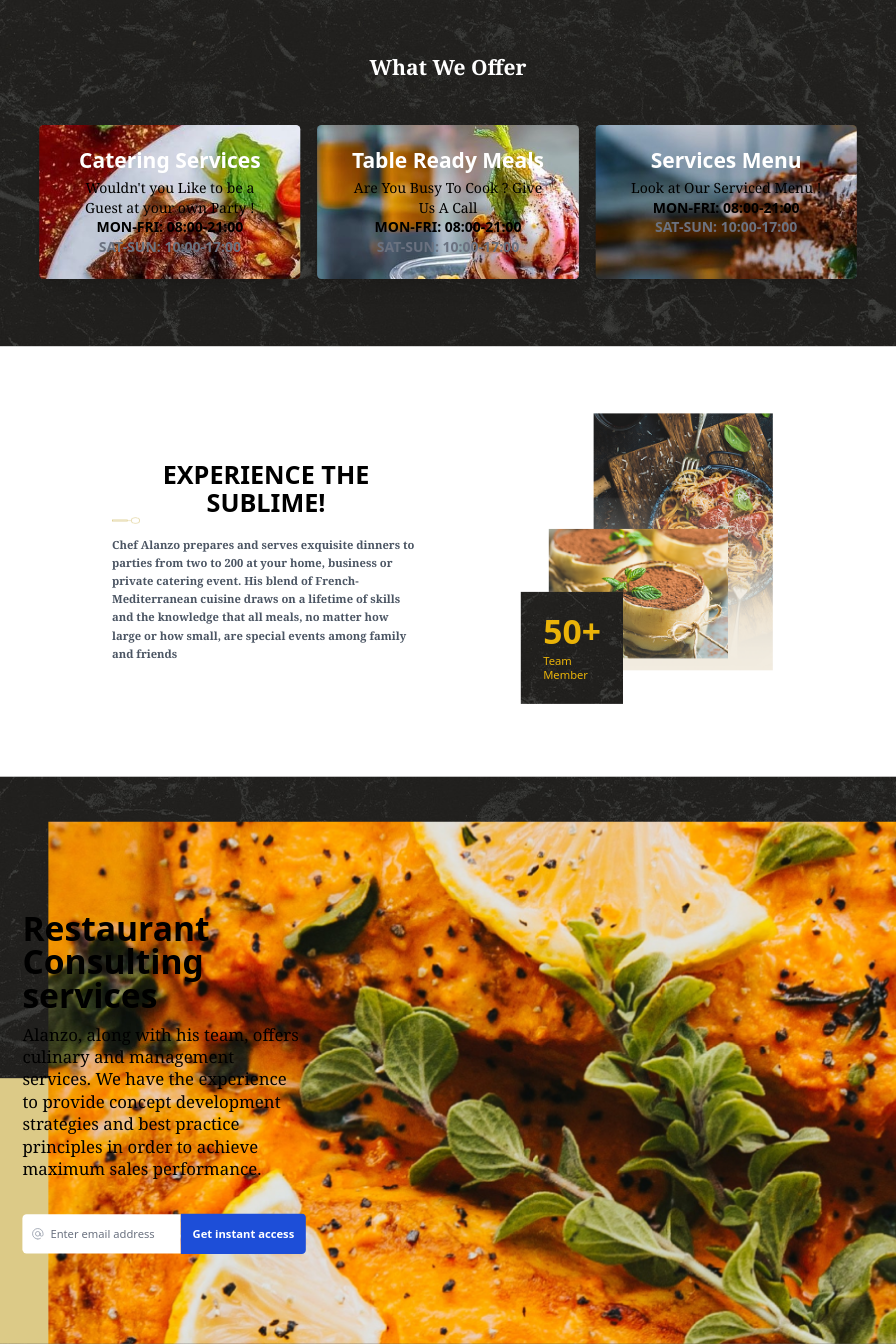
Repository: remydev47/alanzo
Page: /
The author's editor kept a copy of each file at every save. The page is drawn from the files as they stood at one save, then again after the next save.
The browser window is 1280 px wide. The pictures show the part of the page from y = 821 to 2741 px (the page is 2741 px tall), at 70% of full size.
The project was rebuilt for these pictures with package versions that can differ from the ones it lists, and the page was loaded fresh each time. The framework's server and built-in components were replaced by stand-ins that run in the browser. Also part of the build but not shown: next.config.js, components/Catering.tsx, components/Menu.tsx, components/Testimonials.tsx, components/CTA.tsx, components/Footer.tsx.

Above is the page before, as saved 2022-12-17 12:46:55.

After the next save:
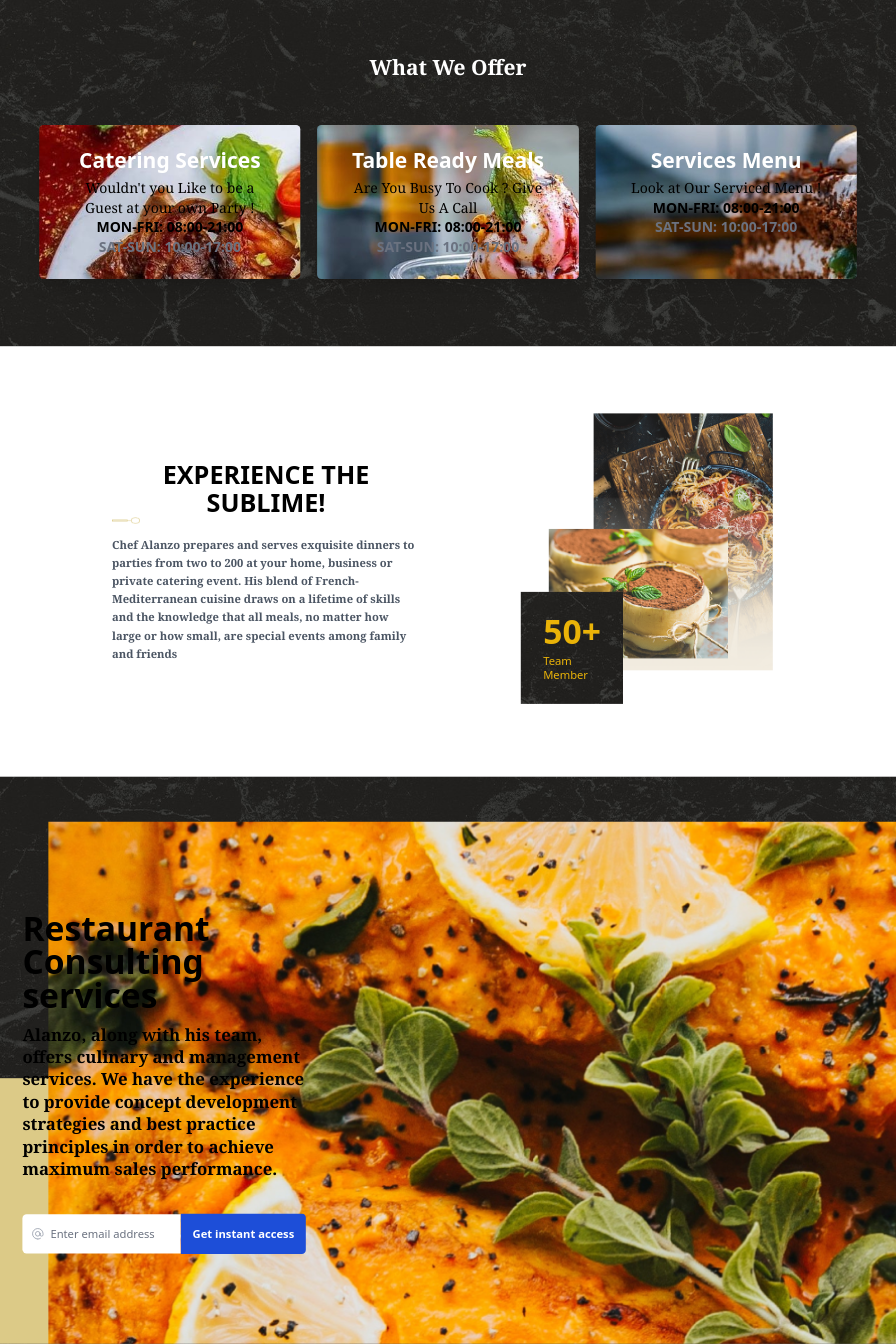
Saved 18 s later.
--- a/components/Consulting.tsx
+++ b/components/Consulting.tsx
@@ -9,7 +9,7 @@ const Consulting = () => {
   <div className="relative px-4 mx-auto sm:px-6 lg:px-8 max-w-7xl">
      <div className="text-center md:w-2/3 lg:w-1/2 xl:w-1/3 md:text-left">
          <h2 className="text-3xl font-bold leading-tight text-black sm:text-4xl lg:text-5xl">Restaurant Consulting services</h2>
-         <p className="mt-4 text-2xl text-black font-serif">
+         <p className="mt-4 text-2xl text-black font-serif font-semibold">
           Alanzo, along with his team, offers culinary and management services. We have the experience to provide concept development strategies and best practice principles in order to achieve maximum sales performance.
          </p>
 
